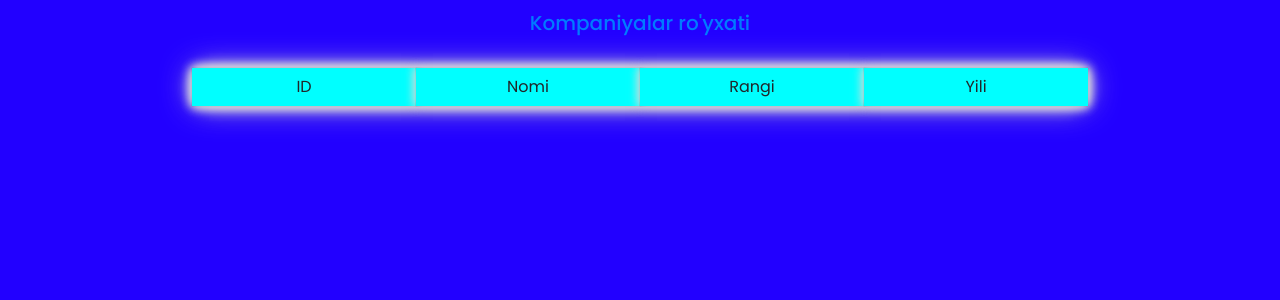
Repository: maqsudov0371/vazifa
Page: http://localhost/authenticate/register
These files come from the project's save history. The page is drawn as it stood at one moment and after the next save; the edit follows.
The browser window is 1280 px wide. The pictures show the whole page.
Some web fonts or font styles are not loaded; a fallback is used. The page is served by the project's application, run on Django 5.2 (manage.py).

Above is the page before, as saved 2024-07-19 10:27:33.

After the next save:
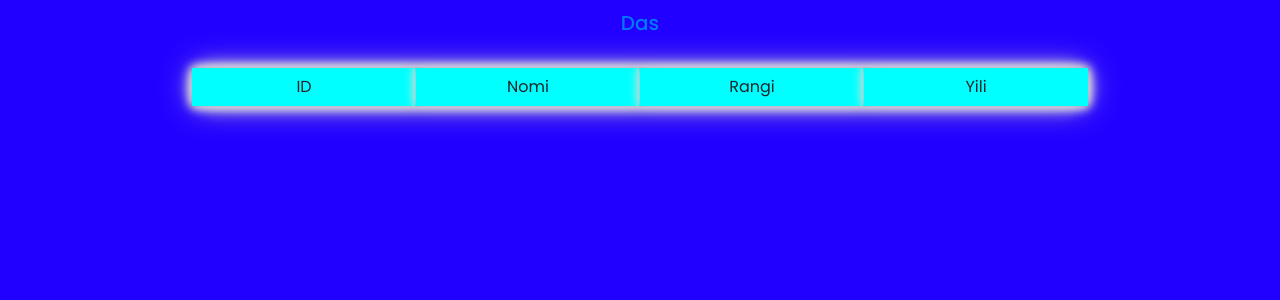
Saved 7 s later.
--- a/templates/register.html
+++ b/templates/register.html
@@ -60,7 +60,7 @@
 <body>
     <div class="register">
         <h1>{{ list2 }}</h1>
-        <a href="{% url 'register_user' %}">Kompaniyalar ro'yxati</a>
+        <a href="{% url 'register_user' %}">Das</a>
     </div>
 <!--<h2>  Hello world !  </h2>-->
 <!--<h6>  Hello world !  </h6>-->
